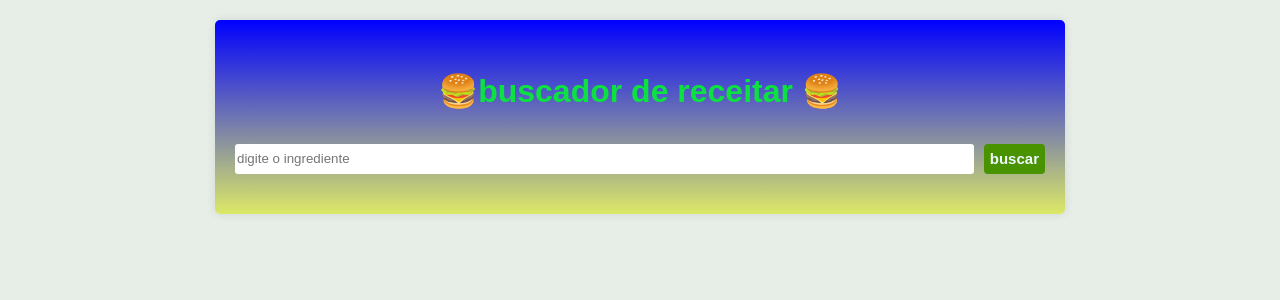
Repository: RoneT9/Receitas
Page: receita.html
These files come from the project's save history. The page is drawn as it stood at one moment and after the next save; the edit follows.
The browser window is 1280 px wide. The pictures show the whole page.

Above is the page before, as saved 2026-02-08 16:51:38.

After the next save:
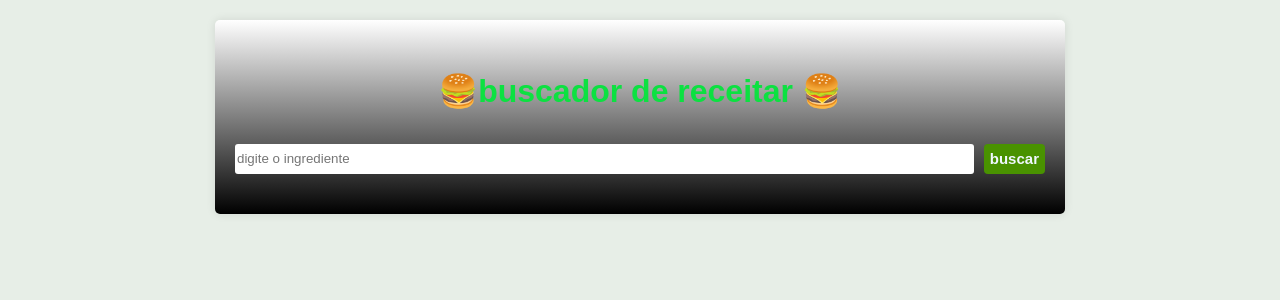
Saved 72 s later.
--- a/receita.css
+++ b/receita.css
@@ -7,7 +7,7 @@ body {
 }
 
 .container {
-  background: linear-gradient(to top, #dce965, blue);
+  background: linear-gradient(to top, black, white);
   max-width: 810px;
   margin: 0 auto;
   padding: 20px;
